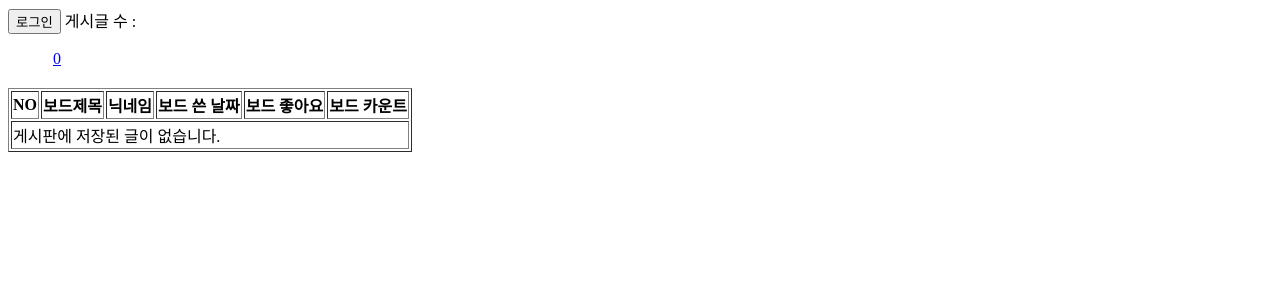
Repository: izuiw/team
Page: http://localhost/qCali/WEB-INF/views/board/mylist.jsp
These files come from the project's save history. The page is drawn as it stood at one moment and after the next save; the edit follows.
The browser window is 1280 px wide. The pictures show the whole page.
The page is served by Tomcat 9. Nobody is signed in. Other server files are loaded and not shown. The template is opened directly, without the code that normally fills it, so the values that code supplies are empty.

Above is the page before, as saved 2022-04-27 09:04:19.

### qCali/src/main/webapp/WEB-INF/views/board/mylist.jsp
<%@ page language="java" contentType="text/html; charset=UTF-8"
	pageEncoding="UTF-8"%>
<%@ taglib prefix="c" uri="http://java.sun.com/jsp/jstl/core"%>
<%@ taglib prefix="form" uri="http://www.springframework.org/tags/form"%>
<!DOCTYPE html>
<html>
<head>

<meta charset="UTF-8">

<style>
ul {
	list-style: none;
	width: 30%;
	display: inline-block;
}

li {
	float: left;
	margin-left: 5px;
}
</style>

<title>Insert title here</title>
</head>
<body>

	<c:if test="${!empty memberLogin}">
		<h2>로그인 성공</h2>
		<table border="1">
			<tr>
				<th>회원 번호</th>
				<th>회원 ID</th>
				<th>회원 닉네임</th>
				<th>회원 생일</th>
				<th>회원 가입 날짜</th>
				<th>회원 인증 여부</th>
				<th>회원 레벨</th>
			</tr>
			<tr>
				<td>${memberLogin.memberSeq}</td>
				<td>${memberLogin.memberId}</td>
				<td>${memberLogin.memberNickname}</td>
				<td>${memberLogin.memberBirthDay}</td>
				<td>${memberLogin.memberRegDay}</td>
				<td>${memberLogin.memberAuth}</td>
				<td>${memberLogin.memberLevel}</td>


			</tr>
		</table>
		<a href="<c:url value='/member/logout'/>"><button>로그아웃</button></a>
		<a href="<c:url value='/board/write'/>"><button>글쓰기</button></a>

		<a
			href="<c:url value='/board/mylist?memberSeq=${memberLogin.memberSeq}'/>"><button>내가
				쓴 글 모아보기</button></a>


	</c:if>

	<c:if test="${empty memberLogin}">
		<a href="<c:url value='/member/login'/>"><button>로그인</button></a>

	</c:if>

	게시글 수 : ${boardTotal }
	<table border="1">
		<tr>
			<th>NO</th>
			<th>보드제목</th>
			<th>닉네임</th>
			<th>보드 쓴 날짜</th>
			<th>보드 좋아요</th>
			<th>보드 카운트</th>


		</tr>


		<c:if test="${ empty boardList}">
			<tr>
				<td colspan="7">게시판에 저장된 글이 없습니다.</td>
			</tr>
		</c:if>

		<c:if test="${ !empty boardList}">
			<c:forEach var="list" items="${boardList}">

				<tr>
					<td>${list.boardSeq}</td>

					<td><a href="<c:url value='/board/detail?boardSeq=${list.boardSeq}'/>">${list.boardTitle}</a>

					</td>


					<td>${list.memberNickname}</td>
					<td>${list.boardRegday}</td>
					<td>${list.boardLike}</td>
					<td>${list.boardCount}</td>
					<td>${list.memberSeq}</td>
				</tr>

			</c:forEach>

		</c:if>
		<div>
			<ul>
				<c:if test="${pageMaker.prev }">
					<li><a
						href="mylist${pageMaker.makeQuery(pageMaker.startPage - 1) }&memberSeq=${memberLogin.memberSeq}">Previous</a>
					</li>
				</c:if>

				<c:forEach var="currentPage" begin="${pageMaker.startPage }"
					end="${pageMaker.endPage }">
					<li><a
						href="mylist${pageMaker.makeQuery(currentPage) }&memberSeq=${memberLogin.memberSeq}">${currentPage }</a></li>
				</c:forEach>

				<c:if test="${pageMaker.next }">
					<li ><a
						href="listmy${pageMaker.makeQuery(pageMaker.endPage + 1) }&memberSeq=${memberLogin.memberSeq}'/>">Next</a>
					</li>
				</c:if>
			</ul>
		</div>


	</table>
</body>
</html>

After the next save:
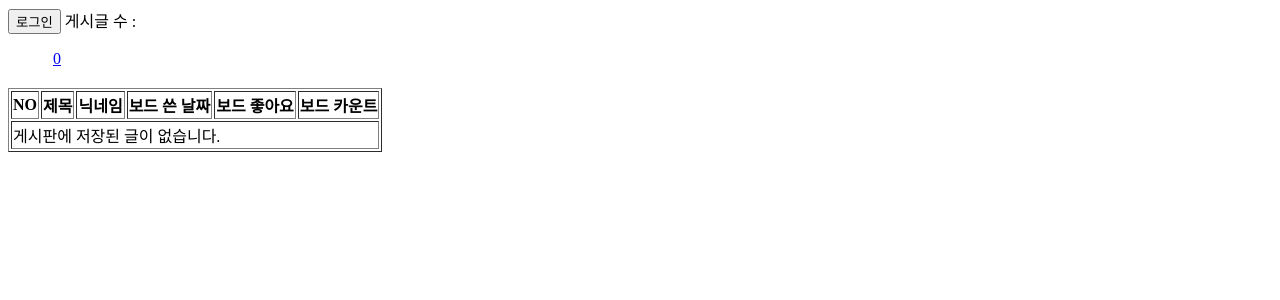
Saved 10 s later.
--- a/qCali/src/main/webapp/WEB-INF/views/board/mylist.jsp
+++ b/qCali/src/main/webapp/WEB-INF/views/board/mylist.jsp
@@ -68,7 +68,7 @@ li {
 	<table border="1">
 		<tr>
 			<th>NO</th>
-			<th>보드제목</th>
+			<th>제목</th>
 			<th>닉네임</th>
 			<th>보드 쓴 날짜</th>
 			<th>보드 좋아요</th>
